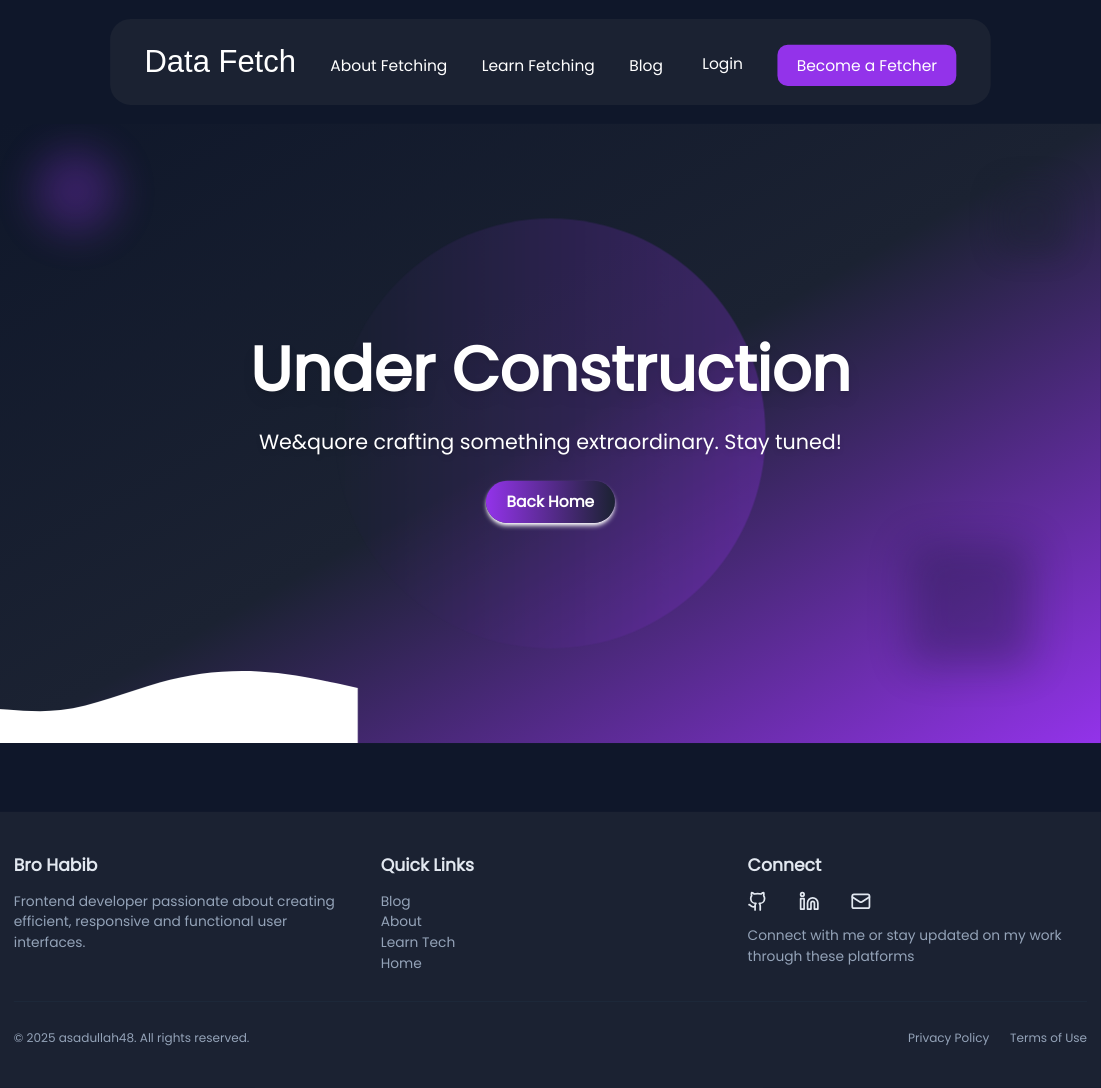
Repository: asadullah48/data-fetch
Page: /learnTech
An editor plug-in stored every save of this project. The page is shown before and after a run of saves, followed by the edit.
The browser window is 1280 px wide. The pictures show the whole page, at 86% of full size.
Some web fonts or font styles are not loaded; a fallback is used. The project was rebuilt for these pictures with package versions that can differ from the ones it lists, and the page was loaded fresh each time. The framework's server and built-in components were replaced by stand-ins that run in the browser. Also part of the build but not shown: next.config.mjs.

Above is the page before, as saved 2025-01-15 13:55:01.

After the next 2 saves:
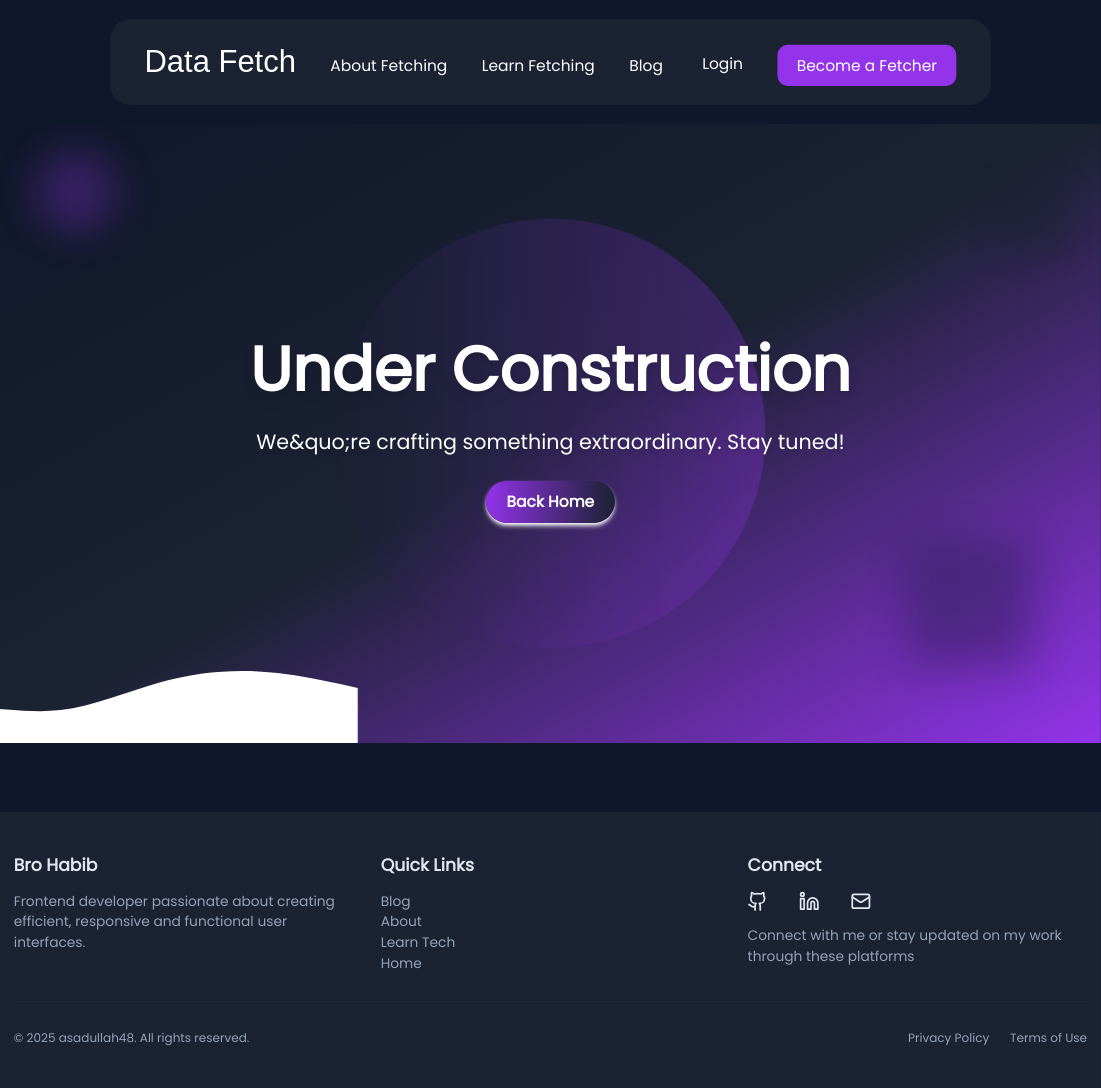
The 2 saves are shown as one change because they came seconds apart.
The last was saved 7 s later.
--- a/src/app/learnTech/page.tsx
+++ b/src/app/learnTech/page.tsx
@@ -22,7 +22,7 @@ export default function learnTechPage() {
                     Under Construction
                 </h1>
                 <p className="text-lg md:text-2xl text-white mt-4 drop-shadow-md">
-                    We&quore crafting something extraordinary. Stay tuned!
+                    We&quo;re crafting something extraordinary. Stay tuned!
                 </p>
 
                 {/* CTA Button */}
